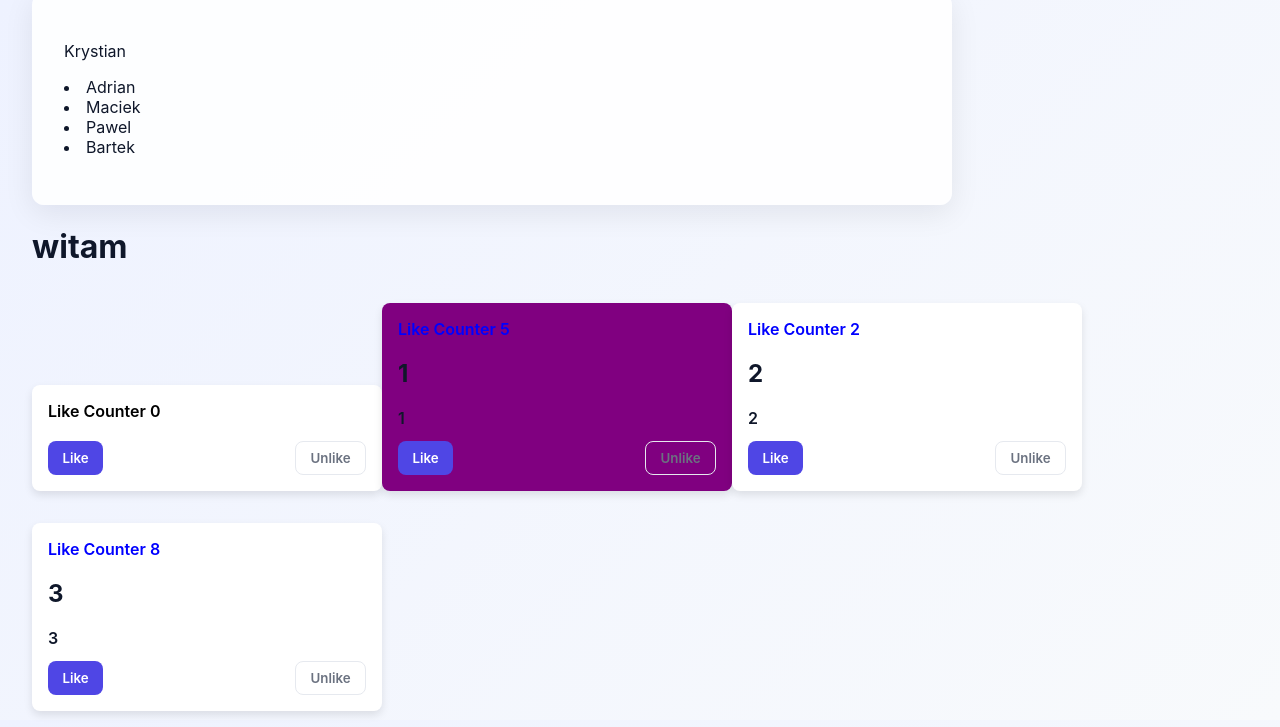
Repository: KrystianTrzy/reactapt
Page: /
The author's editor kept a copy of each file at every save. The page is drawn from the files as they stood at one save, then again after a run of saves.
The browser window is 1280 px wide. The pictures show the whole page.
The project was rebuilt for these pictures with package versions that can differ from the ones it lists, and the page was loaded fresh each time.

Above is the page before, as saved 2025-11-22 09:43:53.

After the next 4 saves:
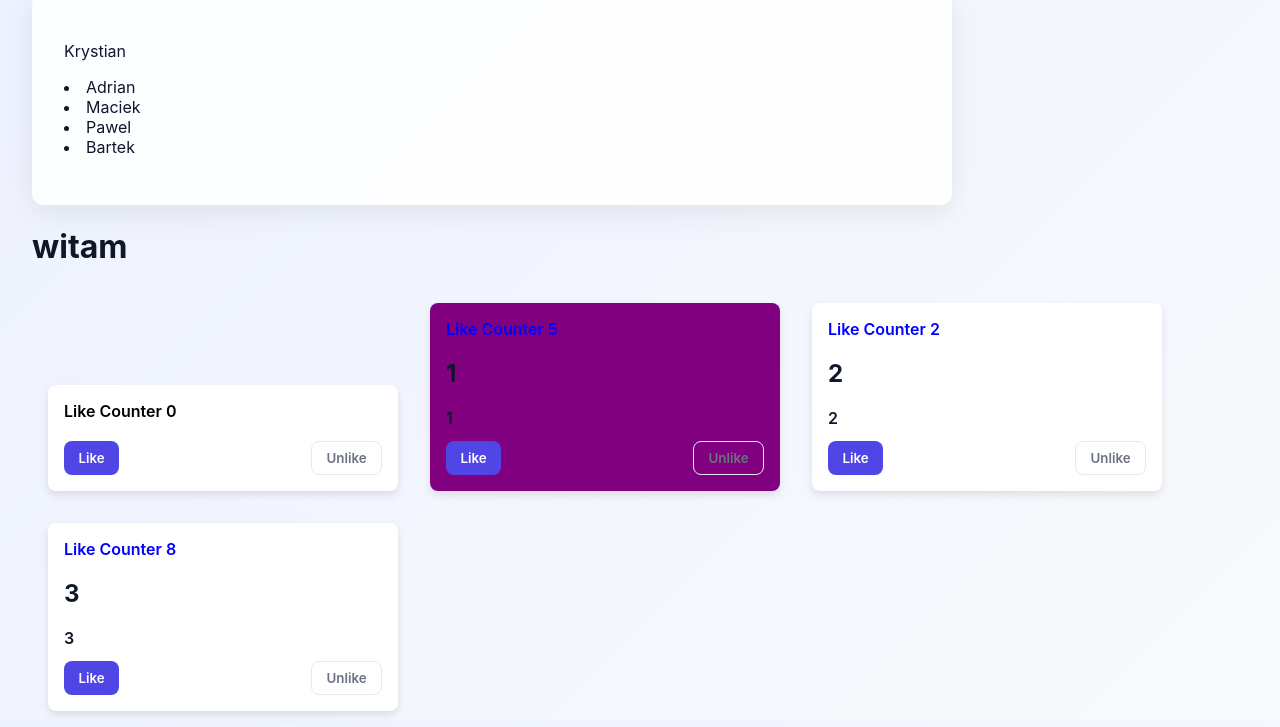
The 4 saves are shown as one change because they came seconds apart.
The last was saved 12 s later.
--- a/src/components/App/LikeCounter/LikeCounter.css
+++ b/src/components/App/LikeCounter/LikeCounter.css
@@ -4,11 +4,9 @@
     width: 350px;
     border-radius: 0.5rem;
     background: var(--card);
-    margin: 1rem auto;
+    margin: 1rem;
     color: #0f172a;
     display: inline-block;
-    padding: 1rem;
- /* jak zrobić jedno po drugim w rzędzie */
 
 }
 
